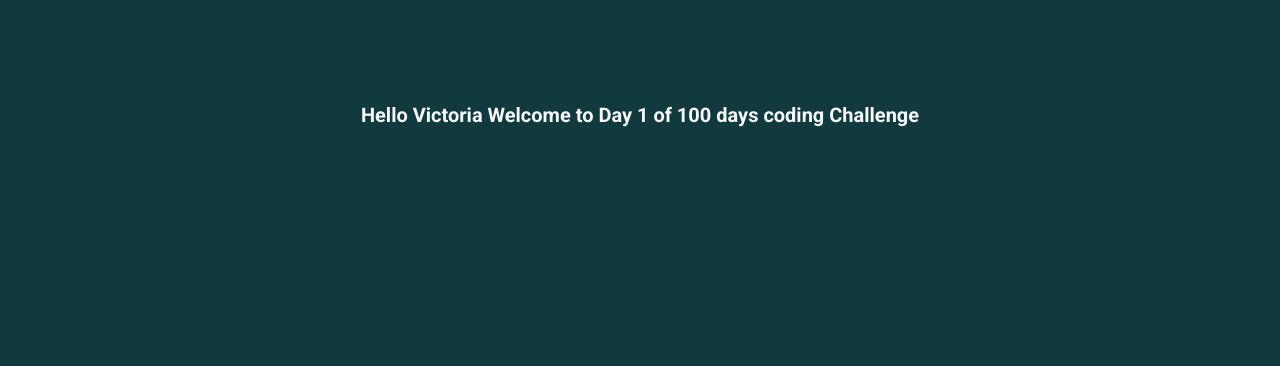
Repository: VickyJacob23/100DaysOfCoding
Page: day1/index.html
An editor plug-in stored every save of this project. The page is shown before and after the next save, followed by the edit.
The browser window is 1280 px wide. The pictures show the whole page.

Above is the page before, as saved 2024-08-14 11:52:27.

### day1/index.html
<!DOCTYPE html>
<html lang="en">
  <head>
    <meta charset="UTF-8" />
    <meta name="viewport" content="width=device-width, initial-scale=1.0" />
    <link
      href="https://cdn.jsdelivr.net/npm/bootstrap@5.0.2/dist/css/bootstrap.min.css"
      rel="stylesheet"
      integrity="sha384-EVSTQN3/azprG1Anm3QDgpJLIm9Nao0Yz1ztcQTwFspd3yD65VohhpuuCOmLASjC"
      crossorigin="anonymous"
    />
    <link rel="stylesheet" href="style.css" />
    <title>Day 1</title>
  </head>
  <body class="fw-bold text-light fs-5">
    <script src="script.js"></script>
  </body>
</html>

### day1/style.css
@import url("https://fonts.googleapis.com/css2?family=Roboto:ital,wght@0,100;0,300;0,400;0,500;0,700;0,900;1,100;1,300;1,400;1,500;1,700;1,900&display=swap");

body {
  font-family: "Roboto", sans-serif;
  background-color: #113a3f;
  display: flex;
  justify-content: center;
  align-items: center;
  margin: auto;
  padding: 5em;
}

### day1/script.js
let firstCode = "Hello Victoria Welcome to Day 1 of 100 days coding Challenge";
document.write(firstCode);

After the next save:
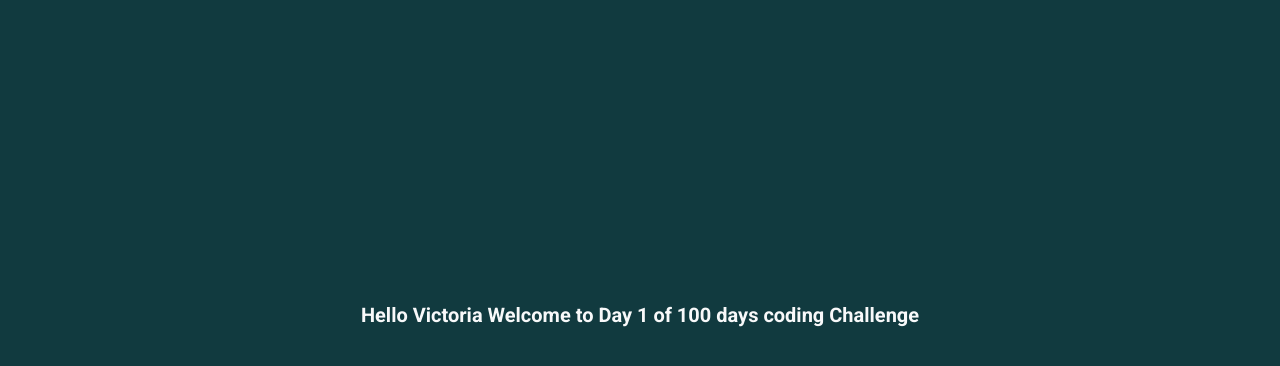
Saved 19 s later.
--- a/day1/style.css
+++ b/day1/style.css
@@ -7,5 +7,5 @@ body {
   justify-content: center;
   align-items: center;
   margin: auto;
-  padding: 5em;
+  padding: 15em;
 }
